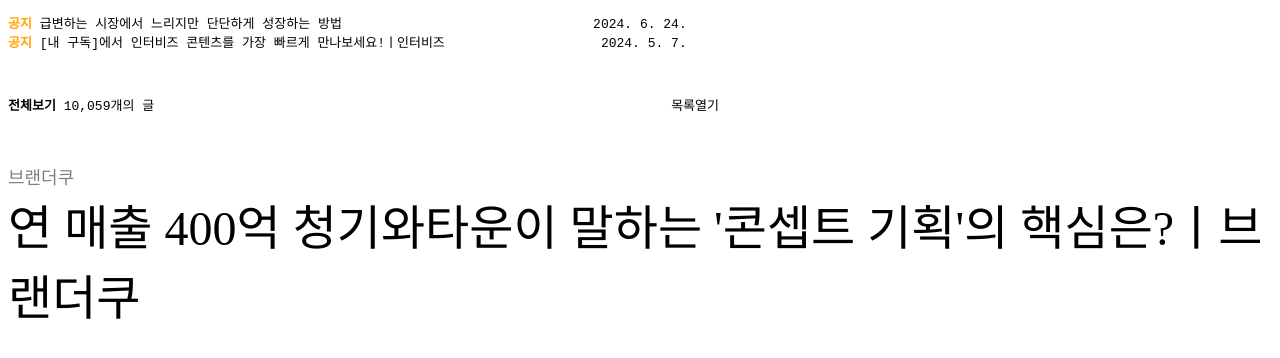
Repository: msgggg1/webPro
Page: webPro/src/main/webapp/html/days02/ex11.html
The author's editor kept a copy of each file at every save. The page is drawn from the files as they stood at one save, then again after the next save.
The browser window is 1280 px wide. The pictures show the whole page.

Above is the page before, as saved 2025-04-22 14:52:19.

After the next save:
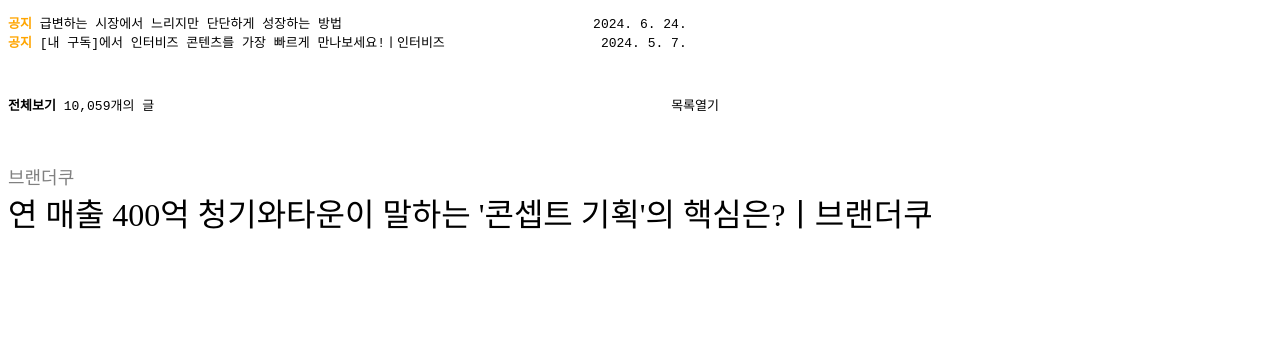
Saved 11 s later.
--- a/webPro/src/main/webapp/html/days02/ex11.html
+++ b/webPro/src/main/webapp/html/days02/ex11.html
@@ -38,7 +38,7 @@
 <br>
 <font size="4" color="gray"><a href="">브랜더쿠</a></font>
 <br>
-<font size="8">연 매출 400억 청기와타운이 말하는 '콘셉트 기획'의 핵심은?ㅣ브랜더쿠</font>
+<font size="6">연 매출 400억 청기와타운이 말하는 '콘셉트 기획'의 핵심은?ㅣ브랜더쿠</font>
 
 
 </body>
